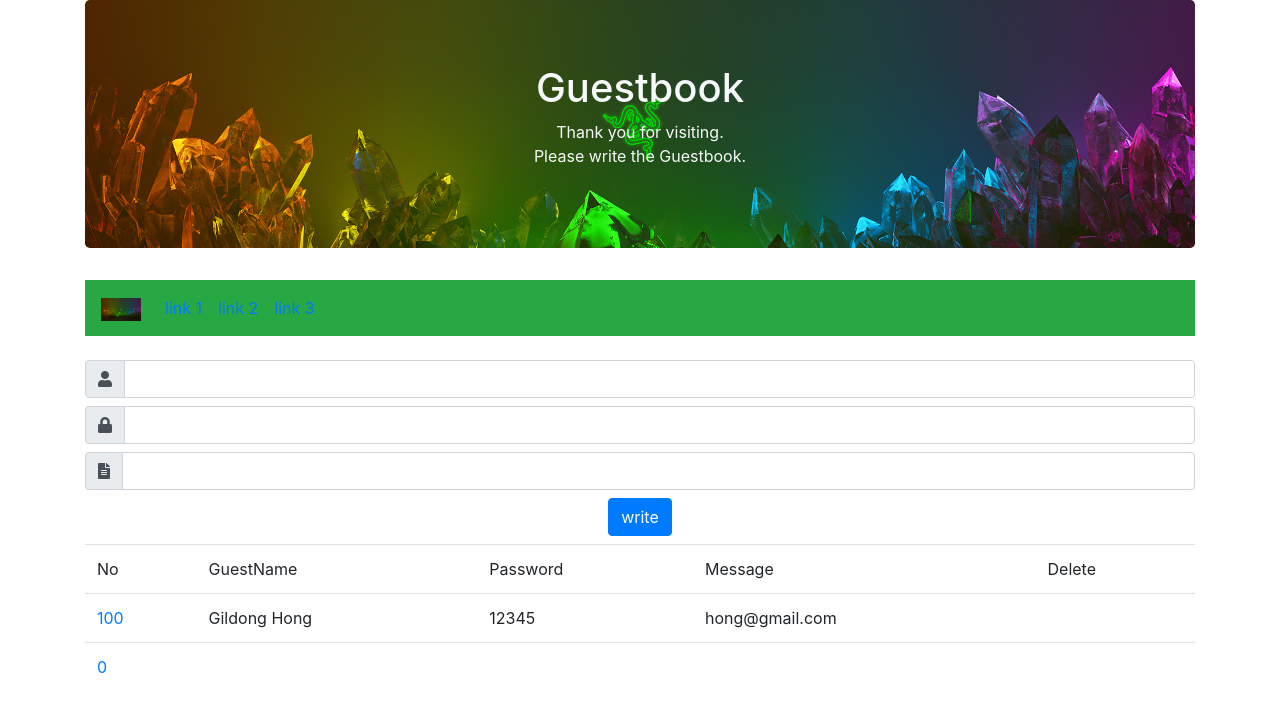
Repository: yeobleeme/06_jsp_basic
Page: http://localhost/jsp03_guestbook/list.jsp
The author's editor kept a copy of each file at every save. The page is drawn from the files as they stood at one save, then again after the next save.
The browser window is 1280 px wide. The pictures show the whole page.
The page is served by Tomcat 9.

Above is the page before, as saved 2023-05-17 05:34:56.

After the next save:
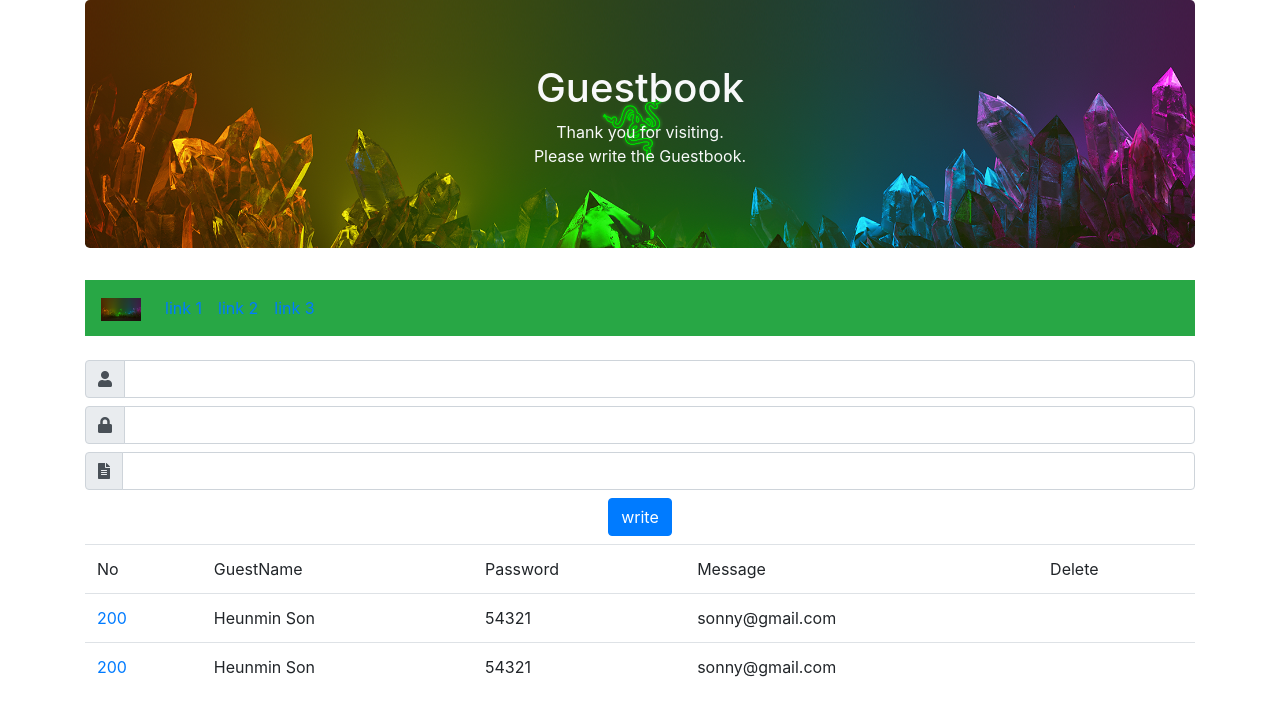
Saved 34 s later.
--- a/jsp03_guestbook/WebContent/list.jsp
+++ b/jsp03_guestbook/WebContent/list.jsp
@@ -6,12 +6,18 @@
 <%
 	ArrayList<Message> view_data = new ArrayList<>();
 	Message msg = new Message();
+
 	msg.setId(100);
 	msg.setGuestName("Gildong Hong");
 	msg.setPassword("12345");
 	msg.setEmail("hong@gmail.com");
 	view_data.add(msg);
-	view_data.add(new Message());
+
+	msg.setId(200);
+	msg.setGuestName("Heunmin Son");
+	msg.setPassword("54321");
+	msg.setEmail("sonny@gmail.com");
+	view_data.add(msg);
 %>
 
 <c:set var="view_data" value="<%= view_data %>" />
